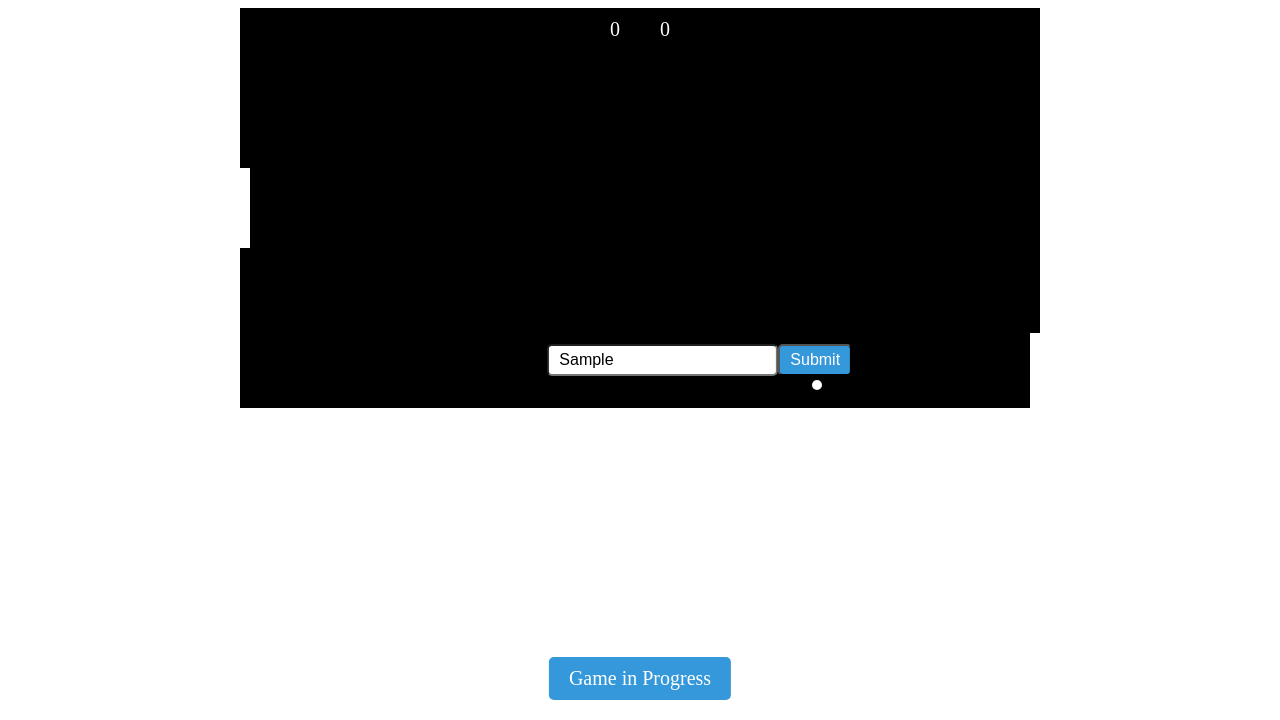
Repository: SiPilip/PingPong-basicJS
Page: index.html
The author's editor kept a copy of each file at every save. The page is drawn from the files as they stood at one save, then again after the next save.
The browser window is 1280 px wide. The pictures show the whole page.
Empty fields were first filled with sample values (such as "Sample", 5 or name@example.com).
After loading, the first visible `#start-button` was clicked once.

Above is the page before, as saved 2023-05-30 11:16:14.

### index.html
<!DOCTYPE html>
<html>

<head>
    <title>Ping Pong Game</title>
    <link rel="stylesheet" type="text/css" href="style.css">
</head>

<body>
    <div id="pong">
        <div id="paddleA"></div>
        <div id="paddleB"></div>
        <div id="ball"></div>
        <div id="scoreboard">
            <span id="playerA-score" class="player-score">0</span>
            <span id="playerB-score" class="player-score">0</span>
        </div>
    </div>
    <div id="loading-screen">
        <div class="loader"></div>
    </div>
    <div id="start-button">Start Game</div>
    <div id="name-input">
        <label for="player-name">Player Name:</label>
        <input type="text" id="player-name" placeholder="Enter your name">
        <button id="submit-button">Submit</button>
    </div>

    <script src="script.js"></script>
</body>

</html>

### style.css
#pong {
  position: relative;
  width: 800px;
  height: 400px;
  background-color: #000;
  margin: 0 auto;
  overflow: hidden;
}

#paddleA,
#paddleB {
  position: absolute;
  width: 10px;
  height: 80px;
  background-color: #fff;
}

#paddleA {
  left: 0;
}

#paddleB {
  right: 0;
}

#ball {
  position: absolute;
  width: 10px;
  height: 10px;
  background-color: #fff;
  border-radius: 50%;
}

#scoreboard {
  position: absolute;
  top: 10px;
  left: 50%;
  transform: translateX(-50%);
  display: flex;
  justify-content: space-between;
  width: 100px;
  color: #fff;
  font-size: 20px;
}

.player-score {
  text-align: center;
  width: 50px;
}

#loading-screen {
  position: fixed;
  top: 0;
  left: 0;
  width: 100%;
  height: 100%;
  background-color: #000;
  display: flex;
  justify-content: center;
  align-items: center;
  z-index: 9999;
}

.loader {
  border: 16px solid #f3f3f3;
  border-top: 16px solid #3498db;
  border-radius: 50%;
  width: 120px;
  height: 120px;
  animation: spin 2s linear infinite;
}

@keyframes spin {
  0% {
    transform: rotate(0deg);
  }
  100% {
    transform: rotate(360deg);
  }
}

#start-button {
  position: fixed;
  bottom: 20px;
  left: 50%;
  transform: translateX(-50%);
  padding: 10px 20px;
  background-color: #3498db;
  color: #fff;
  font-size: 20px;
  cursor: pointer;
  border-radius: 5px;
}

#name-input {
  position: fixed;
  top: 50%;
  left: 50%;
  transform: translate(-50%, -50%);
  display: flex;
  align-items: center;
}

#name-input label {
  font-size: 20px;
  margin-right: 10px;
}

#name-input input[type="text"] {
  padding: 5px 10px;
  font-size: 16px;
  border-radius: 5px;
}

#name-input button {
  padding: 5px 10px;
  background-color: #3498db;
  color: #fff;
  font-size: 16px;
  cursor: pointer;
  border-radius: 5px;
}

### script.js
document.addEventListener("DOMContentLoaded", () => {
  const pong = document.getElementById("pong");
  const paddleA = document.getElementById("paddleA");
  const paddleB = document.getElementById("paddleB");
  const ball = document.getElementById("ball");
  const startButton = document.getElementById("start-button");
  const playerAScore = document.getElementById("playerA-score");
  const playerBScore = document.getElementById("playerB-score");
  const loadingScreen = document.getElementById("loading-screen");

  let paddleA_Y = 160;
  let paddleB_Y = 160;
  let ball_X = 390;
  let ball_Y = 190;
  let speed_X = 2;
  let speed_Y = 2;
  let playerAScoreValue = 0;
  let playerBScoreValue = 0;
  let isGameRunning = false;

  function update() {
    paddleA.style.top = paddleA_Y + "px";
    paddleB.style.top = paddleB_Y + "px";

    ball_X += speed_X;
    ball_Y += speed_Y;
    ball.style.left = ball_X + "px";
    ball.style.top = ball_Y + "px";

    if (ball_Y > 385 || ball_Y < 0) {
      speed_Y *= -1;
    }

    if (ball_X <= 20 && ball_Y + 10 >= paddleA_Y && ball_Y <= paddleA_Y + 80) {
      speed_X *= -1;
    }

    if (ball_X >= 770 && ball_Y + 10 >= paddleB_Y && ball_Y <= paddleB_Y + 80) {
      speed_X *= -1;
    }

    if (ball_X <= 0) {
      playerBScoreValue++;
      resetGame();
    } else if (ball_X >= 790) {
      playerAScoreValue++;
      resetGame();
    }

    playerAScore.textContent = playerAScoreValue;
    playerBScore.textContent = playerBScoreValue;

    if (isGameRunning) {
      requestAnimationFrame(update);
    }
  }

  function resetGame() {
    ball_X = 390;
    ball_Y = 190;
    speed_X *= -1;
    paddleA_Y = 160;
    paddleB_Y = 160;

    isGameRunning = false;
    startButton.disabled = false;
    startButton.textContent = "Start Game";
  }

  function startGame() {
    isGameRunning = true;
    startButton.disabled = true;
    startButton.textContent = "Game in Progress";
    update();
  }

  function movePaddleA(event) {
    const mouseY = event.clientY - pong.offsetTop;
    if (mouseY >= 0 && mouseY <= 320) {
      paddleA_Y = mouseY;
    }
  }

  function movePaddleB() {
    // Mengikuti gerakan bola dengan gerakan yang lebih alami
    const paddleCenter = paddleB_Y + 40;
    const ballCenter = ball_Y + 5;
    const distance = ballCenter - paddleCenter;

    if (Math.abs(distance) < 10) {
      return; // Jika sudah mendekati posisi bola, biarkan paddle tetap
    }

    let moveAmount = Math.min(4, Math.abs(distance) / 10);

    if (distance < 0) {
      paddleB_Y -= moveAmount;
    } else {
      paddleB_Y += moveAmount;
    }
  }

  pong.addEventListener("mousemove", movePaddleA);

  setTimeout(() => {
    loadingScreen.style.animation = "fadeOut 1s forwards";
    loadingScreen.style.display = "none";
    startButton.disabled = false;
    startButton.textContent = "Start Game";
  }, 3000);

  startButton.addEventListener("click", startGame);

  // Menggerakkan paddle B setiap 10ms
  setInterval(movePaddleB, 10);
});

After the next save:
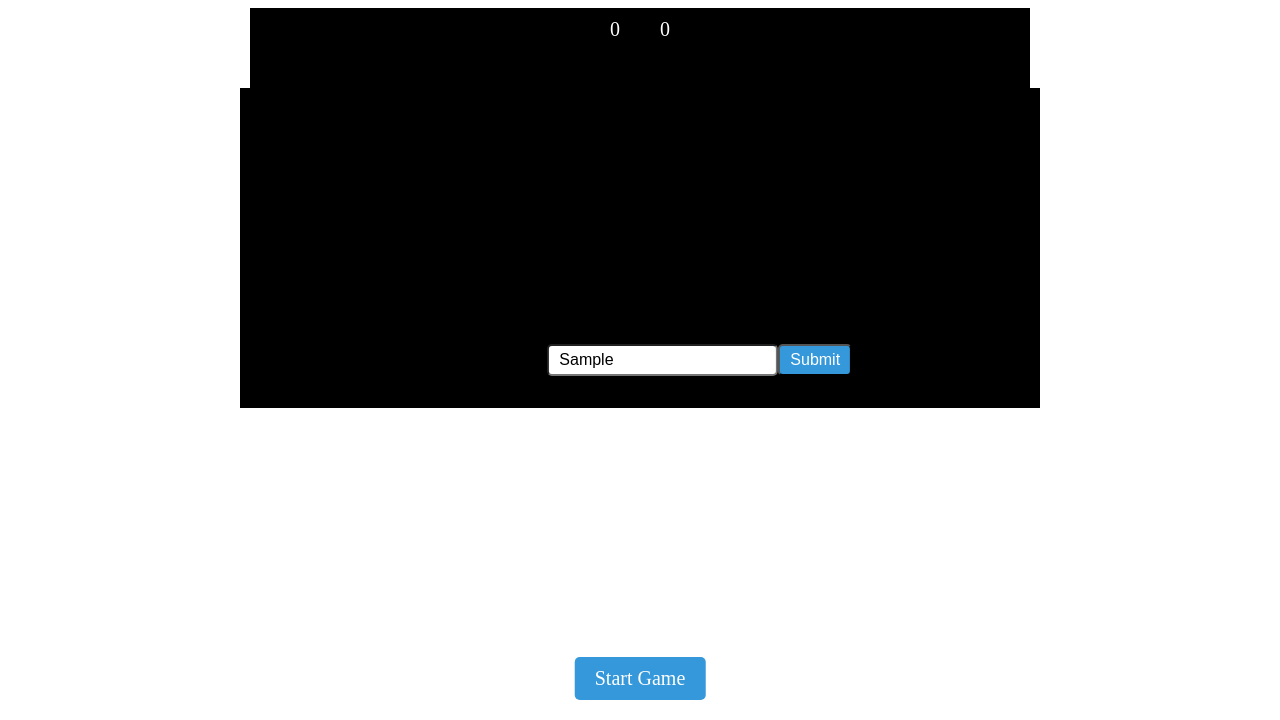
Saved 2 min 40 s later.
--- a/script.js
+++ b/script.js
@@ -4,9 +4,12 @@ document.addEventListener("DOMContentLoaded", () => {
   const paddleB = document.getElementById("paddleB");
   const ball = document.getElementById("ball");
   const startButton = document.getElementById("start-button");
+  const playerNameInput = document.getElementById("player-name");
+  const submitButton = document.getElementById("submit-button");
   const playerAScore = document.getElementById("playerA-score");
   const playerBScore = document.getElementById("playerB-score");
   const loadingScreen = document.getElementById("loading-screen");
+  const nameInputContainer = document.getElementById("name-input");
 
   let paddleA_Y = 160;
   let paddleB_Y = 160;
@@ -17,6 +20,7 @@ document.addEventListener("DOMContentLoaded", () => {
   let playerAScoreValue = 0;
   let playerBScoreValue = 0;
   let isGameRunning = false;
+  let playerName = "";
 
   function update() {
     paddleA.style.top = paddleA_Y + "px";
@@ -68,6 +72,11 @@ document.addEventListener("DOMContentLoaded", () => {
   }
 
   function startGame() {
+    if (playerName === "") {
+      alert("Please enter your name.");
+      return;
+    }
+
     isGameRunning = true;
     startButton.disabled = true;
     startButton.textContent = "Game in Progress";
@@ -100,6 +109,15 @@ document.addEventListener("DOMContentLoaded", () => {
     }
   }
 
+  function submitName() {
+    playerName = playerNameInput.value.trim();
+    if (playerName !== "") {
+      playerNameInput.disabled = true;
+      submitButton.disabled = true;
+      nameInputContainer.style.display = "none";
+    }
+  }
+
   pong.addEventListener("mousemove", movePaddleA);
 
   setTimeout(() => {
@@ -107,9 +125,12 @@ document.addEventListener("DOMContentLoaded", () => {
     loadingScreen.style.display = "none";
     startButton.disabled = false;
     startButton.textContent = "Start Game";
+    playerNameInput.disabled = false;
+    submitButton.disabled = false;
   }, 3000);
 
   startButton.addEventListener("click", startGame);
+  submitButton.addEventListener("click", submitName);
 
   // Menggerakkan paddle B setiap 10ms
   setInterval(movePaddleB, 10);
